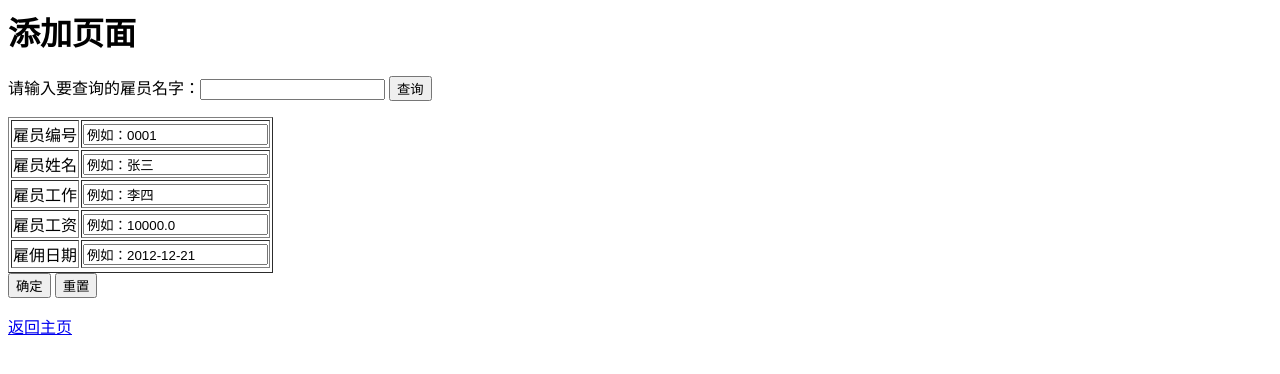
Repository: wikelgc/JSP
Page: http://localhost/yuangong/emp_insert.jsp
These files come from the project's save history. The page is drawn as it stood at one moment and after the next save; the edit follows.
The browser window is 1280 px wide. The pictures show the whole page.
The page is served by Tomcat 9.

Above is the page before, as saved 2015-06-06 05:35:38.

### yuangong/WebRoot/emp_insert.jsp
<%@page import="java.util.Date"%>
<%@ page contentType="text/html" pageEncoding="GBK"%>
<%@ page import="java.sql.*"%>
<html>
<head><title>jsp列出emp表数据</title></head>
<body>
<%
    request.setCharacterEncoding("GBK");

%>
    <h1>添加页面</h1>

 <form  action="findEmp.jsp"  method="post">
   请输入要查询的雇员名字：<input type="text" name="empid">
  <input type="submit" value="查询" ></form>

<form  action="emp_update_do.jsp"  method="post">
	<table border="1" >

	<tr>
		<td>雇员编号</td> <td><input type = "text" value = "例如：0001" name="empno"></td>
	</tr>

	<tr>
		<td>雇员姓名</td> <td><input type = "text" value = "例如：张三" name="ename"></td>
	</tr>

	<tr>
		<td>雇员工作</td> <td><input type = "text" value = "例如：李四"   name="job"></td>
	</tr>

	<tr>
		<td>雇员工资</td> <td><input type = "text" value = "例如：10000.0" name="sal"></td>
	</tr>

	<tr>
		<td>雇佣日期</td> <td><input type = "text" value = "例如：2012-12-21" name="date"></td>
	</tr>
	<tr>

	</tr>
</table>
	<input type="submit" value="确定">
	<input type="reset" value="重置">
</form>

<a href="index.jsp">返回主页</a>


</body>
</html>

After the next save:
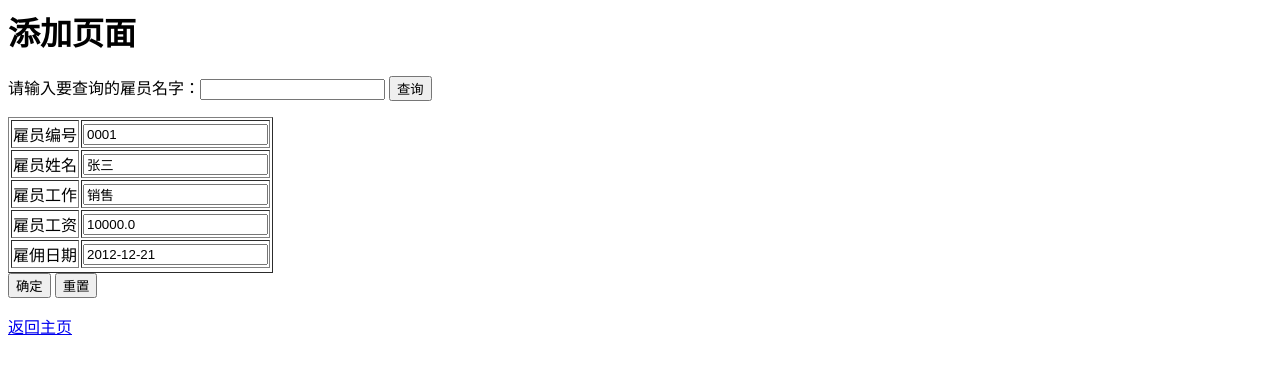
Saved 80 s later.
--- a/yuangong/WebRoot/emp_insert.jsp
+++ b/yuangong/WebRoot/emp_insert.jsp
@@ -14,27 +14,27 @@
    请输入要查询的雇员名字：<input type="text" name="empid">
   <input type="submit" value="查询" ></form>
 
-<form  action="emp_update_do.jsp"  method="post">
+<form  action="emp_add_do.jsp"  method="post">
 	<table border="1" >
 
 	<tr>
-		<td>雇员编号</td> <td><input type = "text" value = "例如：0001" name="empno"></td>
+		<td>雇员编号</td> <td><input type = "text" value = "0001" name="empno"></td>
 	</tr>
 
 	<tr>
-		<td>雇员姓名</td> <td><input type = "text" value = "例如：张三" name="ename"></td>
+		<td>雇员姓名</td> <td><input type = "text" value = "张三" name="ename"></td>
 	</tr>
 
 	<tr>
-		<td>雇员工作</td> <td><input type = "text" value = "例如：李四"   name="job"></td>
+		<td>雇员工作</td> <td><input type = "text" value = "销售"   name="job"></td>
 	</tr>
 
 	<tr>
-		<td>雇员工资</td> <td><input type = "text" value = "例如：10000.0" name="sal"></td>
+		<td>雇员工资</td> <td><input type = "text" value = "10000.0" name="sal"></td>
 	</tr>
 
 	<tr>
-		<td>雇佣日期</td> <td><input type = "text" value = "例如：2012-12-21" name="date"></td>
+		<td>雇佣日期</td> <td><input type = "text" value = "2012-12-21" name="date"></td>
 	</tr>
 	<tr>
 
